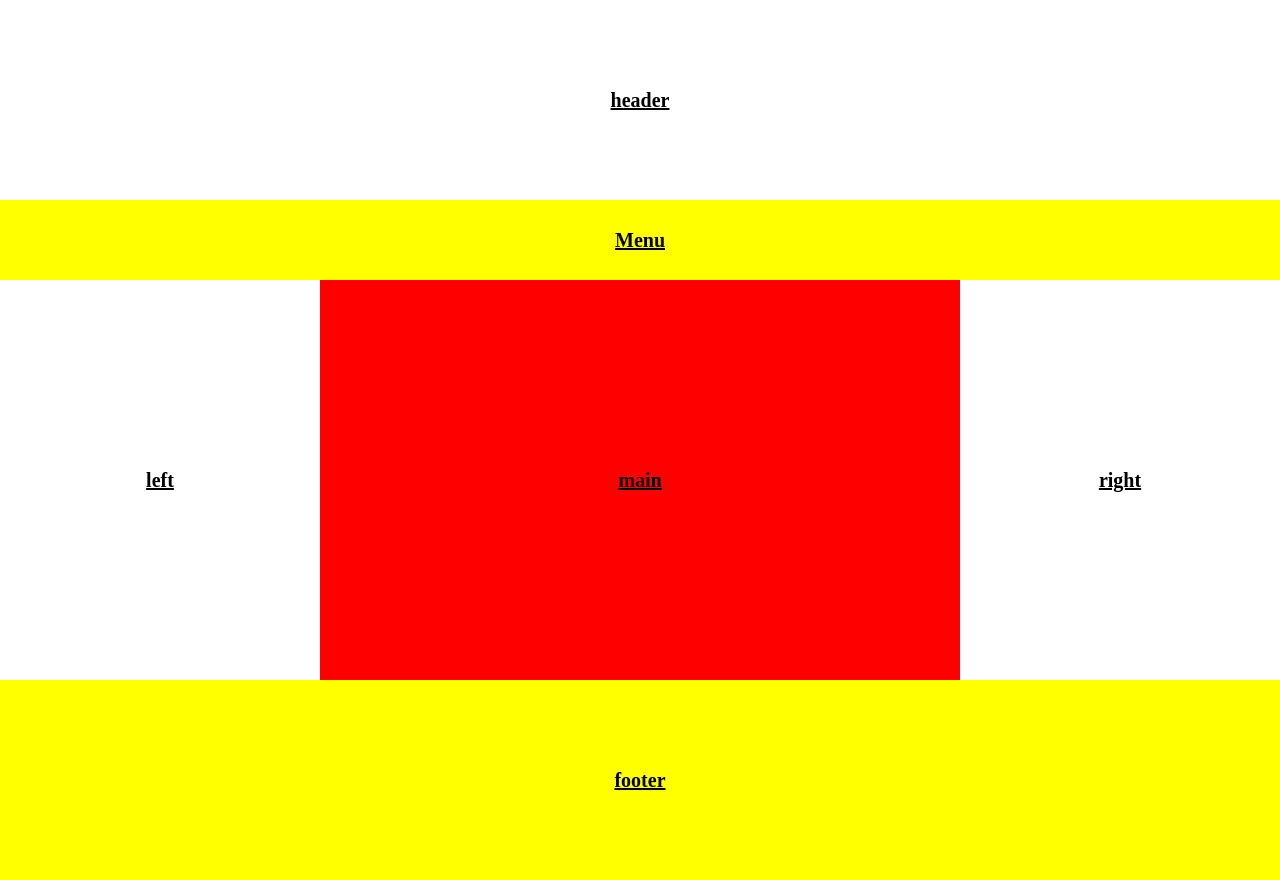
Repository: Nghia19/WEB20022-_00
Page: HTML5_CSS3/bai-1.html
An editor plug-in stored every save of this project. The page is shown before and after the next save, followed by the edit.
The browser window is 1280 px wide. The pictures show the whole page.

Above is the page before, as saved 2021-06-26 13:36:21.

### HTML5_CSS3/bai-1.html
<!DOCTYPE html>
<html lang="en">
  <head>
    <meta charset="UTF-8" />
    <meta http-equiv="X-UA-Compatible" content="IE=edge" />
    <meta name="viewport" content="width=device-width, initial-scale=1.0" />
    <title>Bài 1</title>
    <link rel="stylesheet" href="./css/style_1.css" />
  </head>

  <body>
    <div class="container">
      <header>header</header>
      <nav>Menu</nav>
      <aside class="left">left</aside>
      <main>main</main>
      <aside class="right">right</aside>
      <footer>footer</footer>
    </div>
  </body>
</html>

### HTML5_CSS3/css/style_1.css
* {
  margin: 0;
  padding: 0;
  box-sizing: border-box;
}
.container {
  width: 100%;
  max-width: 1280px;
  margin: 0 auto;
  display: grid;
  grid-template-columns: 25% 50% 25%;
  grid-template-rows: 200px 80px 400px 200px;
  /* border: 1px solid #000; */
}
header,
nav,
main,
aside,
footer {
  display: flex;
  justify-content: center;
  align-items: center;
  font-size: 20px;
  font-weight: bold;
  text-decoration: underline;
}
header {
  grid-column: 1/4;
}
nav {
  background-color: yellow;
  grid-column: 1/4;
}
main {
  background-color: red;
}
footer {
  background-color: yellow;
  grid-column: 1/4;
}

@media (max-width: 1024px) {
  .container {
    width: 100%;
    max-width: 1280px;
    margin: 0 auto;
    display: grid;
    grid-template-columns: 50% 25%;
    grid-template-rows: 80px 400px 200px;
  }
  header,
  .left {
    display: none;
  }
  main {
    grid-column: 1/3;
  }
}

After the next save:
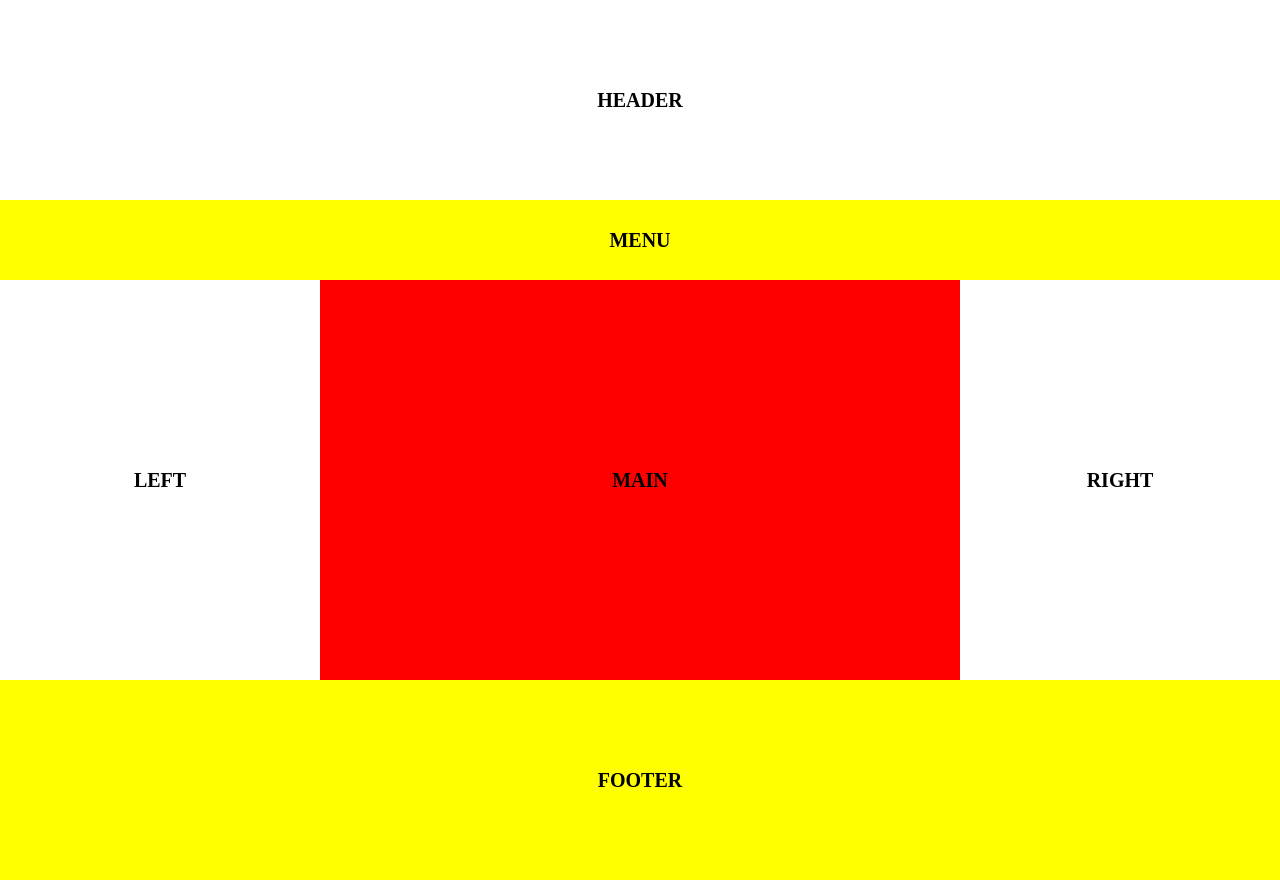
Saved 6 s later.
--- a/HTML5_CSS3/css/style_1.css
+++ b/HTML5_CSS3/css/style_1.css
@@ -22,7 +22,7 @@
   align-items: center;
   font-size: 20px;
   font-weight: bold;
-  text-decoration: underline;
+  text-transform: uppercase;
 }
 header {
   grid-column: 1/4;
